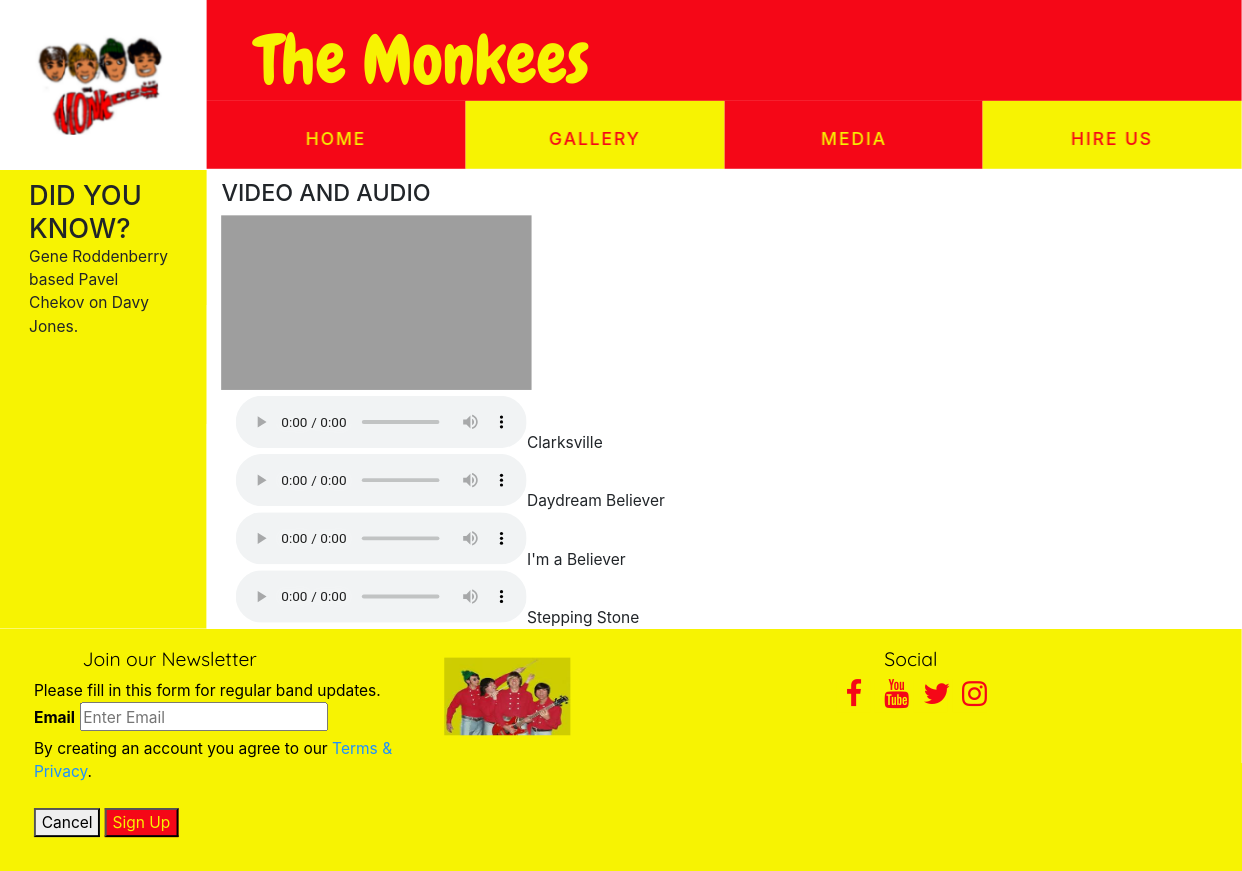
Repository: marcopolomt/monkees
Page: media.html
The author's editor kept a record of every edit. The page is drawn from the files as they stood at one moment, then again after the next edit.
The browser window is 1280 px wide. The pictures show the whole page, at 97% of full size.
Pictures or frames that could not be fetched are drawn as grey boxes.

Above is the page before.

### media.html
<!DOCTYPE html>
<html lang="en">

<head>
    <meta charset="UTF-8">
    <meta name="viewport" content="width=device-width, initial-scale=1.0">
    <meta http-equiv="X-UA-Compatible" content="ie=edge">
    <link rel="stylesheet" href="https://stackpath.bootstrapcdn.com/bootstrap/4.3.1/css/bootstrap.min.css" type="text/css" />
    <link rel="stylesheet" href="https://stackpath.bootstrapcdn.com/font-awesome/4.7.0/css/font-awesome.min.css" type="text/css" />
    <link rel="stylesheet" href="https://cdnjs.cloudflare.com/ajax/libs/hover.css/2.3.1/css/hover-min.css" type="text/css" />
    <link rel="stylesheet" href="assets/css/style.css" type="text/css" />
    <title>The Monkees</title>
</head>

<body>
    <header>
        <div class="row no-gutters">
            <a href="index.html" class="col-md-2 logo">

            </a>
            <div class="col-md-10">
                <div class="row no-gutters bg-color-name-title">
                    <div class="col heading">
                        <h1 class="name">The Monkees</h1>
                    </div>
                </div>
                <div class="row no-gutters">
                    <div class="col">
                        <ul id="nav" class="list-inline menucontainer">
                            <li class="col-6 col-sm-3 ui-menu-color-home list-inline-item menuitem1">
                                <a href="index.html" class="hvr-glow"><span>Home</span></a>
                            </li>
                            <li class="col-6 col-sm-3 ui-menu-color-gallery list-inline-item menuitem2">
                                <a href="gallery.html" class="hvr-glow"><span>Gallery</span></a>
                            </li>
                            <li class="col-6 col-sm-3 ui-menu-color-home list-inline-item menuitem1">
                                <a href="media.html" class="hvr-glow"><span>Media</span></a>
                            </li>
                            <li class="col-6 col-sm-3 ui-menu-color-gallery list-inline-item menuitem2">
                                <a href="contact.html" class="hvr-glow"><span>Hire us</span></a>
                            </li>
                        </ul>
                    </div>
                </div>

            </div>
        </div>

    </header>
     <section class="container-fluid">
    <div class="row">
       <div class="col-xs-12 col-sm-12 col-md-2 border-home side-content section-column">
          <h3 class="main-heading uppercase">Did you know?</h3>
        <p>
          Gene Roddenberry based Pavel Chekov on Davy Jones.
        </p>
      </div>
<div class="col-xs-12 col-sm-12 col-md-10 home-main-content">
                <h4 class="main-heading uppercase">Video and Audio</h4>
                 <!-- for some reason this video doesn't seem to want to work so embedded a youtube clip instead. i think it is too large.
        <video width="640" height="360" controls>
  <source src="../assets/video/TheMonkees.mp4" type="video/mp4">
Your browser does not support the video tag.
</video>
-->
        <div class="youtube">
            <iframe width="320" height="180" src="https://www.youtube.com/embed/AKs43dHBSWA" frameborder="0" allow="accelerometer; autoplay; encrypted-media; gyroscope; picture-in-picture" allowfullscreen></iframe>
        </div>

        <div class="musicbox">
            <div class="col">
                <audio controls>
  <source src="./assets/audio/Clarksville.mp3" type="audio/mpeg">
Your browser does not support the audio element.
</audio>Clarksville

                <br>
<div class="div">
                <audio controls>
    <source src="./assets/audio/DaydreamBeliever.mp3" type="audio/mpeg">
Your browser does not support the audio element.
</audio>Daydream Believer

                <br>

                <audio controls>
      <source src="./assets/audio/ImABeliever.mp3" type="audio/mpeg">
Your browser does not support the audio element.
</audio>I'm a Believer

                <br>

                <audio controls>
        <source src="./assets/audio/SteppingStone.mp3" type="audio/mpeg">
Your browser does not support the audio element.
</audio>Stepping Stone
            </div>
        </div>
        </section>
        <footer class="container-fluid">
            <div id="footer-details" class="row">
                <div class="col-sm-4">

                    <h5 class="general-sub">Join our Newsletter</h5>

                    <div class="newsletter">
                        Please fill in this form for regular band updates.


                        <label for="email"><b>Email</b></label>
                        <input type="text" placeholder="Enter Email" name="email" required>
                        <p>By creating an account you agree to our <a href="#" style="color:dodgerblue">Terms & Privacy</a>.</p>
                        <div class="clearfix">
                            <button type="button" class="cancelbtn">Cancel</button>
                            <button type="submit" class="signupbtn">Sign Up</button>

                        </div>
                    </div>
                    </form>
                </div>
                <div class="col-sm-4">
                    <img src="assets/images/cover1.jpg" alt="the band" width="150" height="100">
                </div>
                <div class="col-sm-4">
                    <h5 class="general-sub">Social</h5>
                    <ul class="list-inline social-links">
                        <li class="list-inline-item">
                            <a target="_blank" href="#">
                        <i class="fa fa-facebook" aria-hidden="true"></i>
                        <span class="sr-only">Facebook</span>
                    </a>
                        </li>
                        <li class="list-inline-item">
                            <a target="_blank" href="#">
                        <i class="fa fa-youtube" aria-hidden="true"></i>
                        <span class="sr-only">Youtube</span>
                    </a>
                        </li>
                        <li class="list-inline-item">
                            <a target="_blank" href="#">
                        <i class="fa fa-twitter" aria-hidden="true"></i>
                        <span class="sr-only">Twitter</span>
                    </a>
                        </li>
                        <li class="list-inline-item">
                            <a target="_blank" href="#">
                        <i class="fa fa-instagram" aria-hidden="true"></i>
                        <span class="sr-only">Instagram</span>
                    </a>
                        </li>
                    </ul>
                </div>
            </div>
        </footer>

</body>

</html>

### assets/css/style.css
@import url('https://fonts.googleapis.com/css?family=Chewy|Quicksand&display=swap');


/*-----------------colours--------------*/

.bg-color-name-title {
    background-color: #f50717
}

.home-main-content {
    background-color: #fff;

}

.bg-color-timeline {
    background-color: white;
}

.bg-color-contact {
    background-color: #fff;
}

.ui-menu-color-home {
    background-color: #f50717;
    font-color: #f7f302;
}

.ui-menu-color-gallery {
    background-color: #f7f302;
    font-color: #f50717;
}

.side-content {
    background-color: #f7f302;

}


/*-----------------special paddings/margins/text--------------*/

h1,
h2,
h3 {
    margin: 0;
}

h5 {
    margin-left: 5px
}

.uppercase {
    text-transform: uppercase;
}

.general-sub {
    font-family: "Quicksand", sans-serif;
    font-weight: 300;
    color: black;
    margin-left: 50px;
}

.row-table {
    display: table;
}

.section-column {
    display: table-cell;
    padding: 0 30px 30px;
    float: none;
}

.section-heading {
    font-family: "Quicksand", sans-serif;
    font-weight: 300;
    margin-top: 25px;
    margin-bottom: 40px;
}

.row-table {
    display: table;
}

.section-column {
    display: table-cell;
    padding: 0 30px 30px;
    float: none;
}

.section-heading {
    font-family: "Quicksand", sans-serif;
    font-weight: 300;
    margin-top: 25px;
    margin-bottom: 40px;
}

.main-heading {
    margin-top: 10px;
}

img {
    padding: 10px;
}

/*-----------------heading--------------*/

header {
    margin: 0;
}

.heading {
    margin-left: 50px
}

.logo {
    background: url("../images/cover2.png");
    background-position: center;
    background-repeat: no-repeat;
    background-size: 200;
    min-height: 175px;
    transition: all 1s ease-in-out;
    -moz-transition: all 1s ease-in-out;
    -webkit-transition: all 1s ease-in-out;
}

.name {
    font-family: "Chewy", comic-sans ms;
    font-weight: 100;
    font-size: 70px;
    margin-top: 20px;
    color: #f7f302;
}

.list-inline-item:not(:last-child) {
    margin: 0;
}

.menucontainer {
    font-size: 0;
}

#nav {
    margin: 0;
}

#nav li {
    font-size: 14px;
    padding: 0;
}

.menuitem1,
.menuitem2 {
    height: 70px;
    text-align: center;
    padding: 20px;
    font-size: 30px;
}

.menuitem1 a {
    width: 100%;
    text-decoration: none;
    color: #f7f302;
    height: 70px;
}

.menuitem2 a {
    width: 100%;
    text-decoration: none;
    color: #f50717;
    height: 70px;
}

.menuitem1 span,
.menuitem2 span {
    display: block;
    width: 100%;
    padding-top: 25px;
    text-align: center;
    text-transform: uppercase;
    font-size: 18px;
    font-weight: 500;
    letter-spacing: 2px;
}



/*-----------------hover.css--------------*/

.hvr-glow:hover {
    background: rgba(0, 10, 10, 0.2);
    height: 70px;
}

/*-----------------footer--------------*/

footer {
    background-color: #f7f302;
    color: black;
    min-height: 120px;
    margin: 0;
}

.social-links {
    font-size: 18px;
    padding-bottom: 15px;
}

.social-links li a i {
    width: 35px;
    height: 35px;
    padding: 10px;
    font-size: 30px;
    line-height: 10px;
    text-align: center;
    color: #f50717;
    background: #f7f302;
    transition: all 0.5s ease-in-out;
    -moz-transition: all 0.5s ease-in-out;
    -webkit-transition: all 0.5s ease-in-out;
    -o-transition: all 0.5s ease-in-out;
}

.social-links li a i:hover {
    display: inline-block;
    vertical-align: middle;
    transform: translateZ(0);
    box-shadow: 0 0 1px rgba(0, 0, 0, 0);
    backface-visibility: hidden;
    -moz-osx-font-smoothing: grayscale;
    transition-duration: 0.2s;
    transition-property: transform;
}

.social-links li a i:hover,
.social-links li a i:focus,
.social-links li a i:active {
    transform: scale(1.3);
}

#footer-details {
    padding: 20px;
}

/*-----------------contact form--------------*/

.contact-heading {
    font-family: "Quicksand", sans-serif;
    font-weight: 300;
    margin-top: 25px;
    margin-bottom: 20px;
}

.center-form {
    padding-top: 10px;
    margin: 0 auto;
    max-width: 70%;
}

button[type="submit"] {
    margin-top: 10px;
    margin-bottom: 15px;
    color: #f7f302;
    background-color: #f50717;
}

.btn:hover {
    background-color: #f7f302;
    color: #f50717;


    div.gallery {
        border: 1px solid #ccc;
    }

    div.gallery:hover {
        border: 1px solid #777;
    }

    div.gallery img {
        width: 100%;
        height: auto;
    }

    div.desc {
        padding: 15px;
        text-align: center;
    }

    * {
        box-sizing: border-box;
    }

    .responsive {
        padding: 0 6px;
        float: left;
        width: 24.99999%;
    }

    @media only screen and (max-width: 700px) {
        .responsive {
            width: 49.99999%;
            margin: 6px 0;
        }
    }

    @media only screen and (max-width: 500px) {
        .responsive {
            width: 100%;
        }
    }

    .clearfix:after {
        content: "";
        display: table;
        clear: both;
    }

    /*-----------------music and video--------------*/
    .musicbox {
        margin: 10%;
        Padding: 30%;
        max-width: 70%;
    }

    .youtube {
        margin: 10%;
        Padding: 30%;
        max-width: 70%;
    }

    /*-----------------media queries--------------*/
    @media(min-width: 992px) {
        .center-form {
            padding-top: 20px;
            min-height: 240px;
            margin: 0 auto;
            max-width: 50%;
        }

        /*-----------------sidebar--------------*/
        .main-heading uppercase {
            margin-bottom: 25px;
            margin-top: 20px;
        }

    background: url(../assets/images/monkees.jpg);
  opacity: 0.5;
  top: 0;
  left: 0;
  bottom: 0;
  right: 0;
  position: absolute;
  z-index: 0;
}

After the next edit:
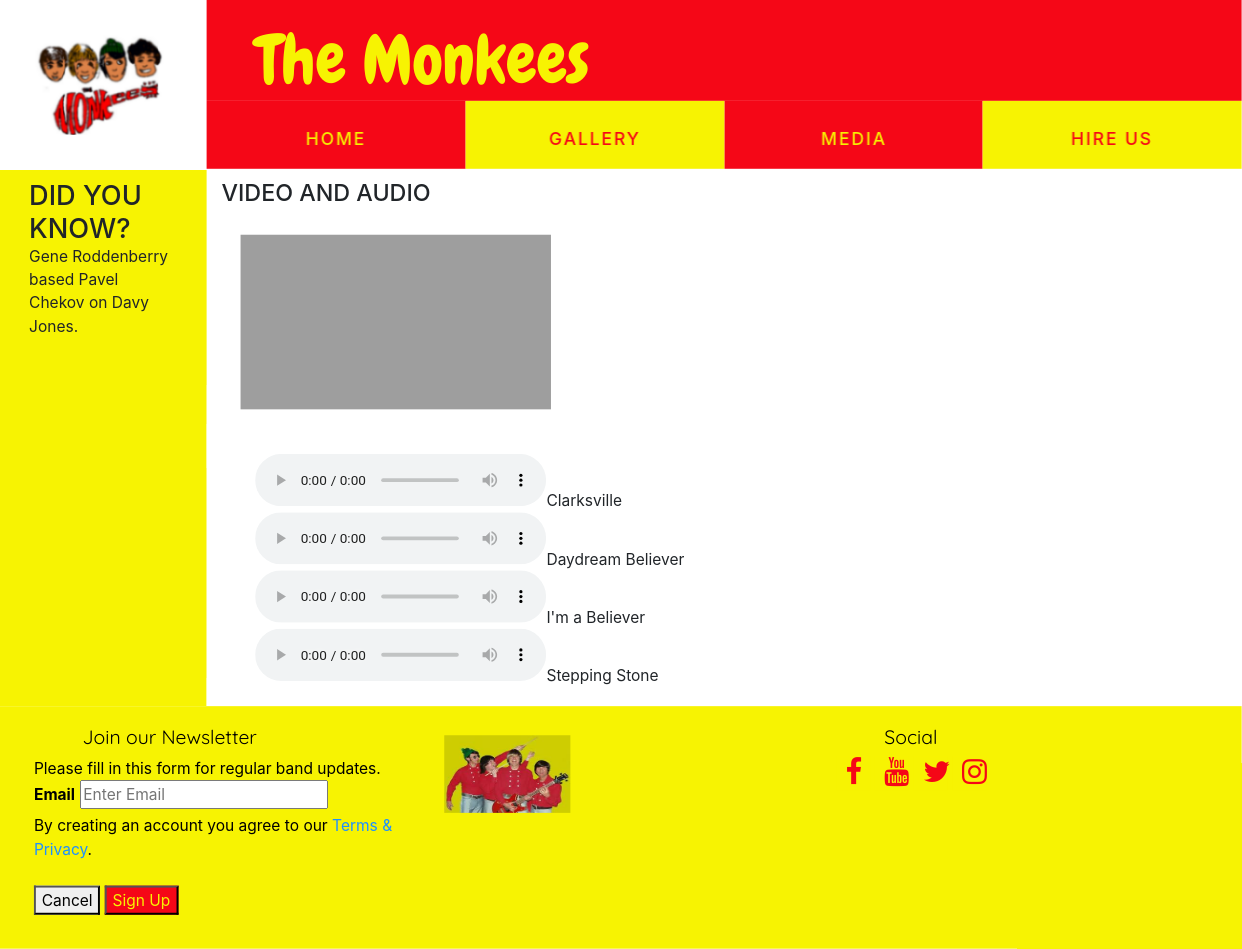
The edit:
--- a/assets/css/style.css
+++ b/assets/css/style.css
@@ -99,6 +99,14 @@
 
 img {
     padding: 10px;
+}
+.musicbox {
+    padding: 20px;
+}
+
+.youtube {
+    padding: 20px;
+
 }
 
 /*-----------------heading--------------*/
